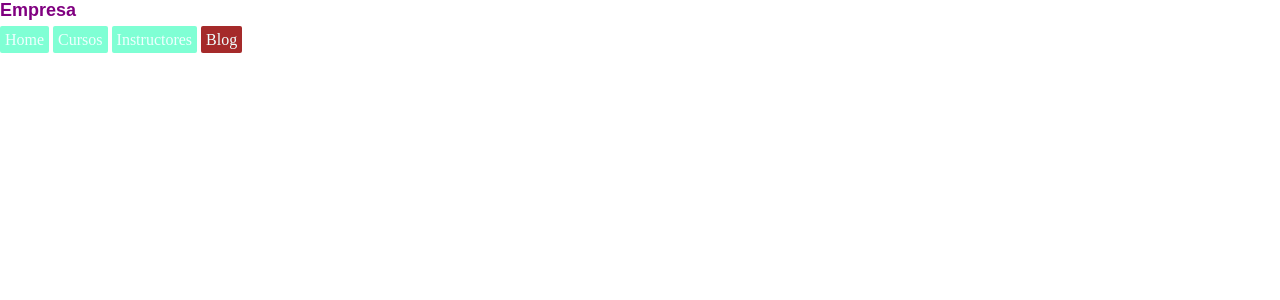
Repository: Daniel009980/daniel0099980
Page: especificidad/index.html
The author's editor kept a copy of each file at every save. The page is drawn from the files as they stood at one save, then again after the next save.
The browser window is 1280 px wide. The pictures show the whole page.

Above is the page before, as saved 2022-09-14 22:16:50.

### especificidad/index.html
<!DOCTYPE html>
<html lang="en">
<head>
    <meta charset="UTF-8">
    <meta http-equiv="X-UA-Compatible" content="IE=edge">
    <meta name="viewport" content="width=device-width, initial-scale=1.0">
    <title>Especificidad</title>
    <link rel="stylesheet" href="./style.css">
</head>
<body>
    <header class="page-header">
        <h1 id="page-title" class="title">Empresa</h1>  <!-- este id que aparece en la etique solo se puede usar una vez con ese nombre porque los ids son unicos y especificos a diferencia de las class que son mas genericas -->
        <nav>
            <ul id="main-nav" class="nav">
                <li><a href="">Home</a></li>
                <li><a href="">Cursos</a></li>
                <li><a href="">Instructores</a></li>
                <li><a href="" style="background-color: brown;" class="blog">Blog</a></li>   <!-- los estilos enbebidos con mas importantes que las clases por lo que si ponemos un estilo embebido como etiqueta no podremos modificarlo desde la hoja de estilo por lo que es de mala practica usar estilos embebidos -->
            </ul>
        </nav>
    </header>
</body>
</html>

### especificidad/style.css

*{
    box-sizing: border-box;
    margin: 0%;
    padding: 0%;
}
h1{
    color:purple ;
    font-family: serif;
    margin-bottom: 10px;
}

#page-title{
    font-family: Arial, Helvetica, sans-serif;
}

.title{                                 /* este title esta en las etiquetas de h1 y com oaqui le damos un estilo a h1 de tipo de fuente que va a usar en esta parte le estamos dando el tamaño asi que ghay que tener cuidadi cuando trabajemos con varias etiquetas  */
    font-size: 18px;
    font-family: monospace;
}
/* esta es la especificidad de cascada como se puede ver
h1 ya tiene el tipo de fuente que se esta itulizando por lo  que en title se va
a ignorar la fuente que le queremos poner porque h1 esta arriba de title */

#main-nav{
    margin-top: 10px;
    list-style-type: none;
    padding-left: 0px;
}

#main-nav li{
    display: inline-block;
}

#main-nav a{
    color: azure;
    background-color: aquamarine;
    padding: 5px;
    border-radius: 2px;
    text-decoration: none;
}


#main-nav .blog{
    background-color: blue/* !important */;   /* se puede usar la etiqueta !important para darle la mayor prioridad al estilo pero no es buena practica usar el important porque nos puede causar problemas posteriomente */
}

After the next save:
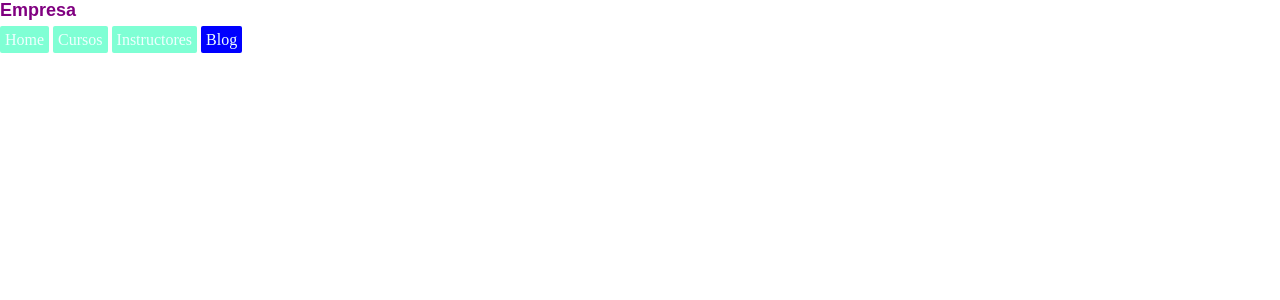
Saved 65 s later.
--- a/especificidad/index.html
+++ b/especificidad/index.html
@@ -15,7 +15,7 @@
                 <li><a href="">Home</a></li>
                 <li><a href="">Cursos</a></li>
                 <li><a href="">Instructores</a></li>
-                <li><a href="" style="background-color: brown;" class="blog">Blog</a></li>   <!-- los estilos enbebidos con mas importantes que las clases por lo que si ponemos un estilo embebido como etiqueta no podremos modificarlo desde la hoja de estilo por lo que es de mala practica usar estilos embebidos -->
+                <li><a href="" class="blog">Blog</a></li>   <!-- style="background-color: brown;" se retira el estilo embebido para que se aplique los estilos desde la hoja de estilos y no tengamos problemas despues  -->   <!-- los estilos enbebidos con mas importantes que las clases por lo que si ponemos un estilo embebido como etiqueta no podremos modificarlo desde la hoja de estilo por lo que es de mala practica usar estilos embebidos -->
             </ul>
         </nav>
     </header>
